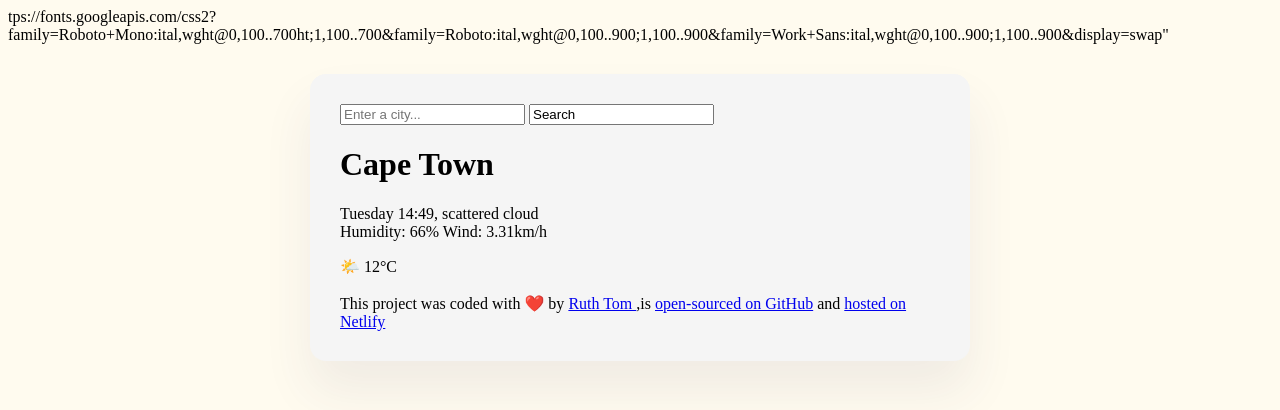
Repository: RuthTom711/Weatherly-App
Page: index.html
The author's editor kept a copy of each file at every save. The page is drawn from the files as they stood at one save, then again after the next save.
The browser window is 1280 px wide. The pictures show the whole page.

Above is the page before, as saved 2025-11-10 22:21:04.

### index.html
<!DOCTYPE html>
<html lang="en">
  <head>
    <meta charset="UTF-8" />
    <link rel="preconnect" href="https://fonts.googleapis.com">
<link rel="preconnect" href="https://fonts.gstatic.com" crossorigin>
tps://fonts.googleapis.com/css2?family=Roboto+Mono:ital,wght@0,100..700ht;1,100..700&family=Roboto:ital,wght@0,100..900;1,100..900&family=Work+Sans:ital,wght@0,100..900;1,100..900&display=swap"

    <meta name="viewport" content="width=device-width, initial-scale=1.0" />
    <title>Weatherly App</title>
  </head>
  <body>
    <div class="weather-app">
    <header>
        <form>
            <input type="search" placeholder="Enter a city..." required/>
            <input type="Subnit" value="Search"/>
            <link rel="stylesheet" href="src/styles.css">
        </form>


    </header>

    <main>
    <div>
    <h1>Cape Town</h1>
    <p>
        Tuesday 14:49, scattered cloud
        <br />
        Humidity: 66% Wind: 3.31km/h
    </p>
    </div>
    <div>
    🌤️ 12°C
    </div>
    </main>

    <br />
    <footer>
      This project was coded with ❤️ by
      <a href="https://github.com/RuthTom711" target="_blank"> Ruth Tom </a>,is
      <a href="https://github.com/RuthTom711/Weatherly-App" target="_blank">
        open-sourced on GitHub</a
      >
      and
      <a
        href="https://app.netlify.com/projects/ruth-weatherly-app/"
        target="_blank"
      >
        hosted on Netlify</a
      >
    </footer>
    </div>
  </body>
</html>

### src/styles.css
body {
    background-color: #fffbef;
}

.weather-app{
    background: whitesmoke;
    max-width: 600px;
    margin: 30px auto;
    padding: 30px;
    box-shadow: 0 30px 50px rgba(65,50,100,0.08);
    border-radius: 16px;


}

After the next save:
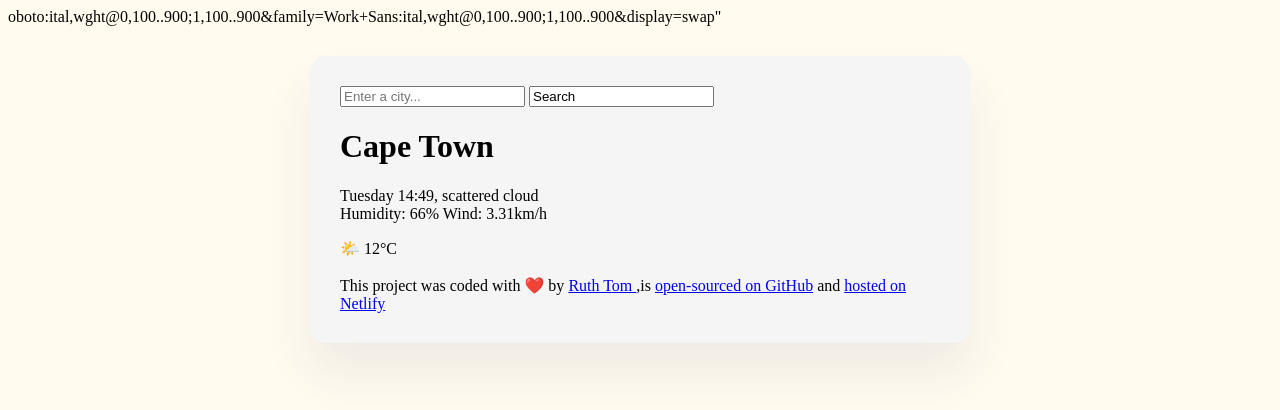
Saved 7 s later.
--- a/index.html
+++ b/index.html
@@ -4,7 +4,7 @@
     <meta charset="UTF-8" />
     <link rel="preconnect" href="https://fonts.googleapis.com">
 <link rel="preconnect" href="https://fonts.gstatic.com" crossorigin>
-tps://fonts.googleapis.com/css2?family=Roboto+Mono:ital,wght@0,100..700ht;1,100..700&family=Roboto:ital,wght@0,100..900;1,100..900&family=Work+Sans:ital,wght@0,100..900;1,100..900&display=swap"
+oboto:ital,wght@0,100..900;1,100..900&family=Work+Sans:ital,wght@0,100..900;1,100..900&display=swap"
 
     <meta name="viewport" content="width=device-width, initial-scale=1.0" />
     <title>Weatherly App</title>
